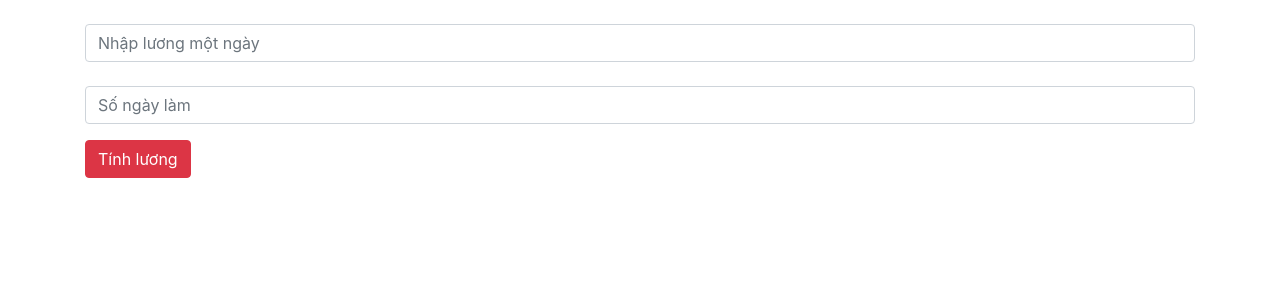
Repository: thanhfrankie/BC10-LeMinhThanh-Js-b2-3
Page: index.html
These files come from the project's save history. The page is drawn as it stood at one moment and after the next save; the edit follows.
The browser window is 1280 px wide. The pictures show the whole page.

Above is the page before, as saved 2023-12-15 15:20:23.

### index.html
<!DOCTYPE html>
<html lang="en">
  <head>
    <title>Title</title>
    <!-- Required meta tags -->
    <meta charset="utf-8" />
    <meta
      name="viewport"
      content="width=device-width, initial-scale=1, shrink-to-fit=no"
    />

    <!-- Bootstrap CSS -->
    <link
      rel="stylesheet"
      href="https://stackpath.bootstrapcdn.com/bootstrap/4.3.1/css/bootstrap.min.css"
      integrity="sha384-ggOyR0iXCbMQv3Xipma34MD+dH/1fQ784/j6cY/iJTQUOhcWr7x9JvoRxT2MZw1T"
      crossorigin="anonymous"
    />
  </head>
  <body>
    <!-- Bài tập 1 -->
    <div class="container">
      <div class="form-group">
        <label for="luong-mot-ngay"></label>
        <input
          type="number"
          class="form-control"
          name=""
          id="luong-mot-ngay"
          aria-describedby="helpId"
          placeholder="Nhập lương một ngày"
          required
        />
        <label for="so-ngay-lam"></label>
        <input
          type="number"
          class="form-control"
          name=""
          id="so-ngay-lam"
          aria-describedby="helpId"
          placeholder="Số ngày làm"
          required
        />
        <button type="button" onclick="tinhLuong()" class="btn btn-danger mt-3">
          Tính lương
        </button>
      </div>
      <h2 id="luong-nhan-duoc"></h2>
    </div>

    <!-- Optional JavaScript -->
    <!-- jQuery first, then Popper.js, then Bootstrap JS -->
    <script
      src="https://code.jquery.com/jquery-3.3.1.slim.min.js"
      integrity="sha384-q8i/X+965DzO0rT7abK41JStQIAqVgRVzpbzo5smXKp4YfRvH+8abtTE1Pi6jizo"
      crossorigin="anonymous"
    ></script>
    <script
      src="https://cdnjs.cloudflare.com/ajax/libs/popper.js/1.14.7/umd/popper.min.js"
      integrity="sha384-UO2eT0CpHqdSJQ6hJty5KVphtPhzWj9WO1clHTMGa3JDZwrnQq4sF86dIHNDz0W1"
      crossorigin="anonymous"
    ></script>
    <script
      src="https://stackpath.bootstrapcdn.com/bootstrap/4.3.1/js/bootstrap.min.js"
      integrity="sha384-JjSmVgyd0p3pXB1rRibZUAYoIIy6OrQ6VrjIEaFf/nJGzIxFDsf4x0xIM+B07jRM"
      crossorigin="anonymous"
    ></script>
    <script src="./index.js"></script>
  </body>
</html>

### index.js
// Bài tập 1
/**
 * B1: tạo biến, lấy giá trị từ input
 * B2: Tính lương
 * + tạo biến để tính lương: lương 1 ngày * số ngày làm
 * + gán sự kiện click cho button
 * B3: hiển thị kết quả
 */
function tinhLuong() {
  // B1:
  var luongMotNgay = document.getElementById("luong-mot-ngay").value;
  var soNgayLam = document.getElementById("so-ngay-lam").value;
  // B2, B3:
  var luongNhanDuoc = document.getElementById("luong-nhan-duoc");
  luongNhanDuoc.innerText = luongMotNgay * soNgayLam;
}

After the next save:
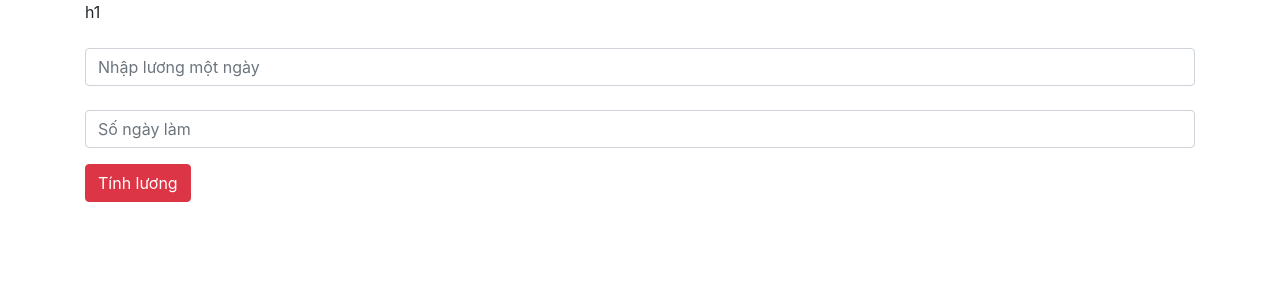
Saved 13 s later.
--- a/index.html
+++ b/index.html
@@ -20,6 +20,7 @@
   <body>
     <!-- Bài tập 1 -->
     <div class="container">
+      h1
       <div class="form-group">
         <label for="luong-mot-ngay"></label>
         <input
